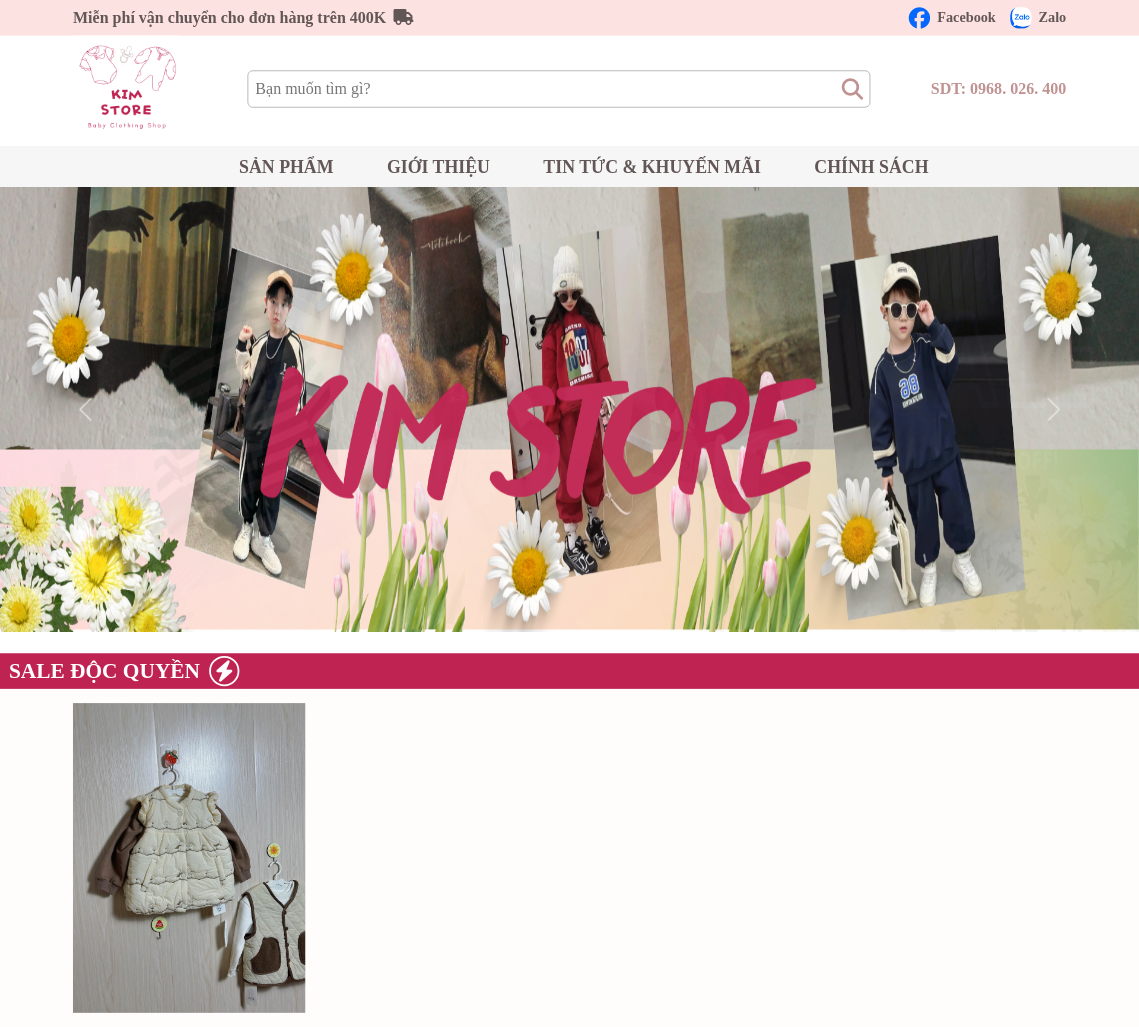
Repository: hoang28092000/kim-store
Page: index.html
The author's editor kept a copy of each file at every save. The page is drawn from the files as they stood at one save, then again after the next save.
The browser window is 1280 px wide. The pictures show the whole page, at 89% of full size.
Some web libraries are served in a nearby version.

Above is the page before, as saved 2024-11-01 15:21:49.

After the next save:
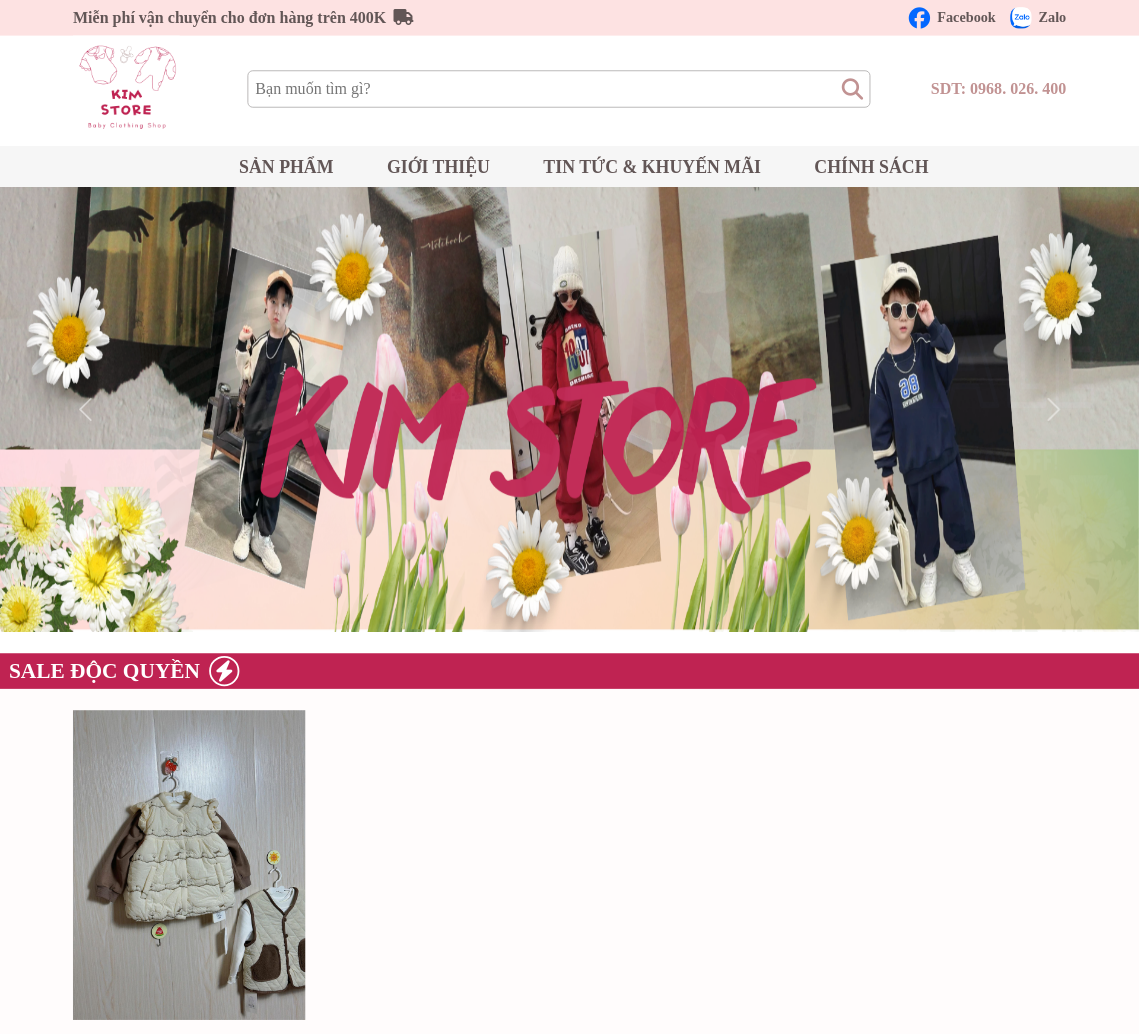
Saved 5 s later.
--- a/index.html
+++ b/index.html
@@ -88,7 +88,7 @@
             <i class="fa-solid fa-bolt icon_bold"></i>
         </div>
         <div class="container">
-            <div class="row mt-3">
+            <div class="row mt-4">
                 <div class="col-lg-3">
                     <a href="">
                         <div class="card_product">
